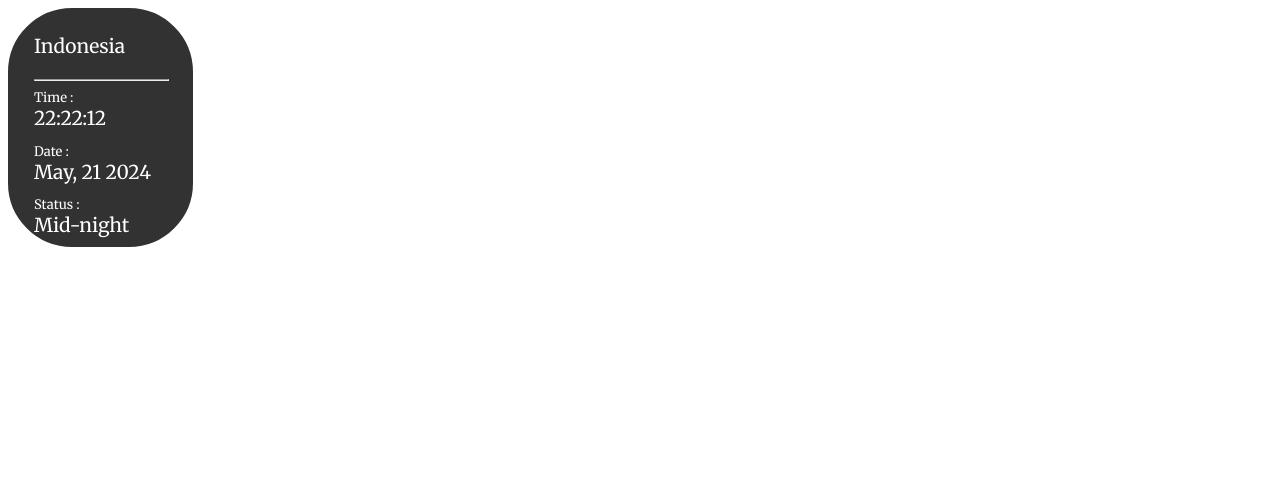
Repository: SnakeXrnt/notion-clock
Page: indonesia.html
An editor plug-in stored every save of this project. The page is shown before and after the next save, followed by the edit.
The browser window is 1280 px wide. The pictures show the whole page.

Above is the page before, as saved 2024-05-21 16:47:54.

After the next save:
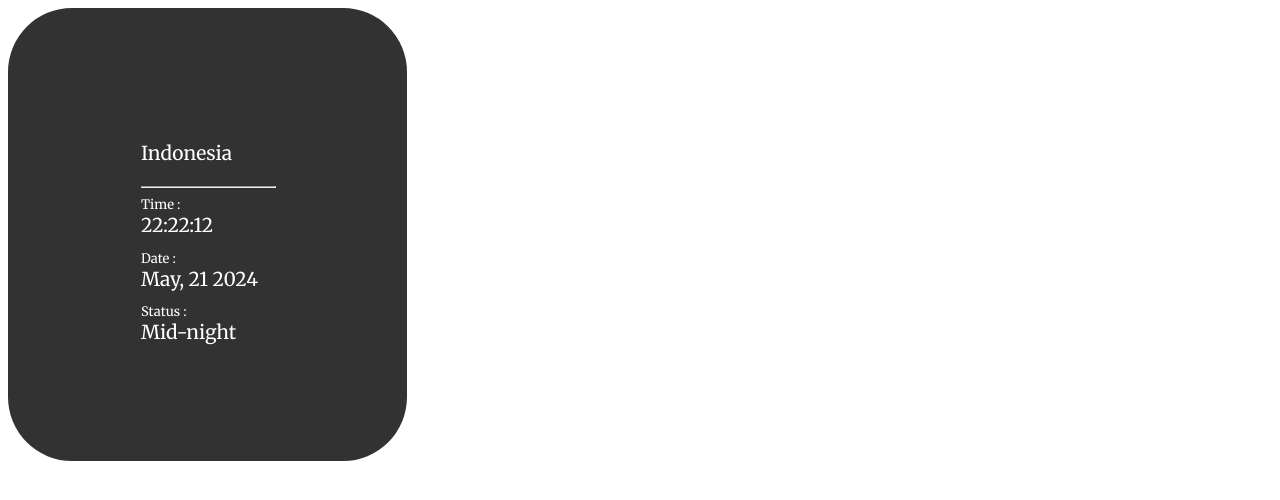
Saved 6 s later.
--- a/indonesia.html
+++ b/indonesia.html
@@ -31,7 +31,7 @@
             flex-direction: column;
             width: 100pt;
             height: 140pt;
-            border: 20pt solid rgb(50, 50, 50);
+            border: 100pt solid rgb(50, 50, 50);
             background-color: rgb(50, 50, 50);
             border-radius: 5vw;
 
